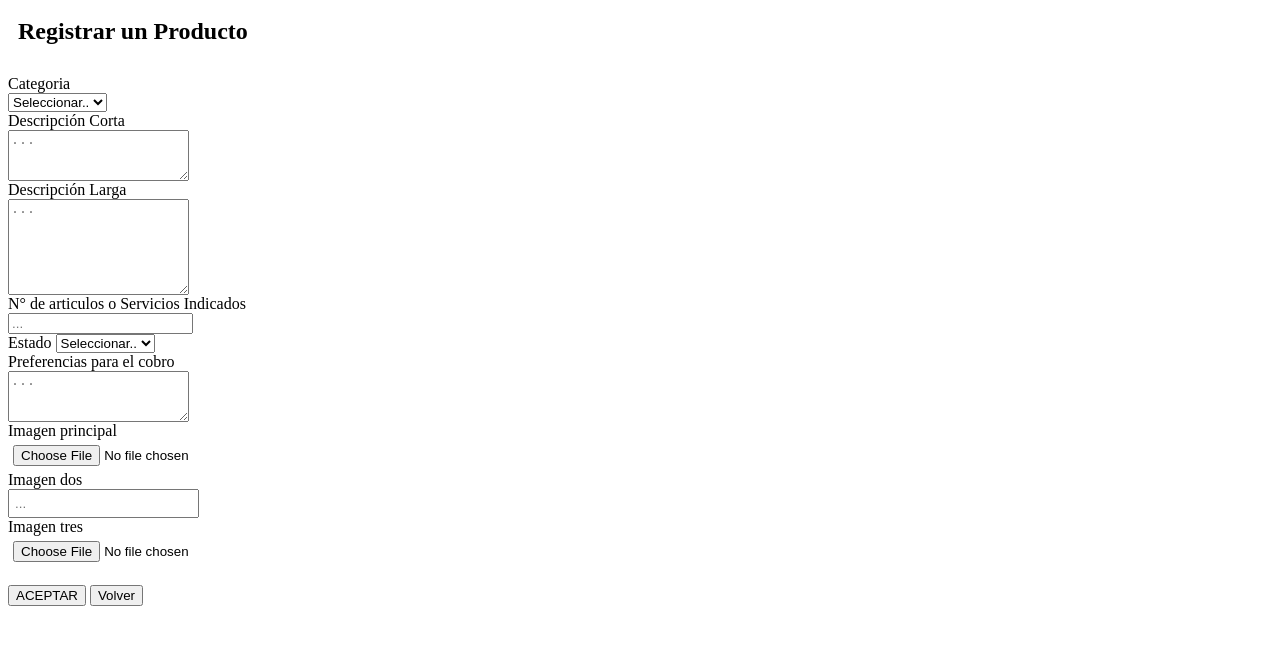
Repository: elrodriguez/trueque
Page: resources/views/livewire/product/user-product-register-form.blade.php
An editor plug-in stored every save of this project. The page is shown before and after the next save, followed by the edit.
The browser window is 1280 px wide. The pictures show the whole page.
The page is served by the project's Laravel application, run on PHP 8.4 with Laravel 8. Other server files are loaded and not shown. The template is opened directly, without the code that normally fills it, so the values that code supplies are empty.

Above is the page before, as saved 2021-04-16 11:02:14.

### routes/web.php
<?php

use App\Http\Controllers\Auth\LoginController;
use App\Http\Controllers\Auth\RegisterController;
use Illuminate\Support\Facades\Route;

/*
|--------------------------------------------------------------------------
| Web Routes
|--------------------------------------------------------------------------
|
| Here is where you can register web routes for your application. These
| routes are loaded by the RouteServiceProvider within a group which
| contains the "web" middleware group. Now create something great!
|
*/

Route::get('/', function () {
    return view('home.main');
})->name('home');


Route::post('/public/authenticate', [LoginController::class, 'authenticate'])->name('public_authenticate');
Route::post('/public/user/create', [RegisterController::class, 'register'])->name('public_user_create');


Route::middleware(['auth:sanctum', 'verified'])->get('/dashboard', function () {
    return view('dashboard');
})->name('dashboard');

Route::group(['prefix' => 'user'], function() {
    Route::middleware(['middleware' => 'role_or_permission:usuario_productos_nuevo'])->get('product', function () {
        return view('product.user-product-register');
    })->name('user_product_register');
});

### resources/views/livewire/product/user-product-register-form.blade.php
<div>
    <section class="login-registration-wrapper pt-10 pb-10">
        <div class="container">
            <div class="row justify-content-center">
                <div class="col-md-6">
                   <div class="login-registration-style-2 mt-50">
                       <h1 class="heading-4 font-weight-500 title primary-btn" style="padding: 10px;"><i class="mdi mdi-cloud-upload"></i> Registrar un Producto</h1>
                       <div class="login-registration-form pt-10">
                           <form action="#">
                                <div class="single-form form-default form-border">
                                    <label>Categoria</label>
                                    <div class="row">
                                        <div class="col-sm-12">
                                            <select class="form-select">
                                                <option class="">Seleccionar..</option>
                                                @foreach ($categories as $category)
                                                    <option value="{{ $category->id }}">{{ $category->description }}</option>
                                                @endforeach
                                            </select>
                                        </div>
                                    </div>
                                </div>
                                <div class="single-form form-default form-border">
                                    <label>Descripción Corta</label>
                                    <div class="row">
                                        <div class="col-sm-12 form-input">
                                            <textarea id="exampleFormControlTextarea1" rows="3" placeholder="..."></textarea>
                                        </div>
                                    </div>
                                </div>
                                <div class="single-form form-default form-border">
                                    <label>Descripción Larga</label>
                                    <div class="row">
                                        <div class="col-sm-12 form-input">
                                            <textarea id="exampleFormControlTextarea1" rows="6"  placeholder="..."></textarea>
                                        </div>
                                    </div>
                                </div>
                                <div class="single-form form-default form-border ">
                                    <div class="row">
                                        <div class="col-sm-6">
                                            <label>N° de articulos o Servicios Indicados</label>
                                            <div class="form-input">
                                                <input type="text" placeholder="...">
                                            </div>
                                        </div>
                                        <div class="col-sm-6">
                                            <label>Estado</label>
                                            <select class="form-select">
                                                <option>Seleccionar..</option>
                                                <option value="1">Uno</option>
                                                <option value="2">Dos</option>
                                                <option value="3">Tres</option>
                                            </select>
                                        </div>
                                    </div>
                                </div>
                                <div class="single-form form-default form-border">
                                    <label>Preferencias para el cobro</label>
                                    <div class="row">
                                        <div class="col-sm-12  form-input">
                                                <textarea id="exampleFormControlTextarea1" rows="3" placeholder="..."></textarea>
                                        </div>
                                    </div>
                                </div>
                                <div class="single-form form-default form-border ">
                                    <div class="row">
                                        <div class="col-md-4">
                                            <label>Imagen principal</label>
                                            <div class="form-input mb-2">
                                                <input style="padding: 5px;" type="file" placeholder="...">
                                                @error('photo_1') <span class="error">{{ $message }}</span> @enderror
                                            </div>
                                            @if ($photo_1)
                                                <img src="{{ $photo->temporaryUrl() }}" class="rounded mx-auto d-block">
                                            @endif
                                        </div>
                                        <div class="col-md-4">
                                            <label>Imagen dos</label>
                                            <div class="form-input mb-2">
                                                <input style="padding: 5px;" type="photo" placeholder="...">
                                                @error('photo_2') <span class="error">{{ $message }}</span> @enderror
                                            </div>
                                            @if ($photo_2)
                                                <img src="{{ $photo_2->temporaryUrl() }}" class="rounded mx-auto d-block">
                                            @endif
                                        </div>
                                        <div class="col-md-4">
                                            <label>Imagen tres</label>
                                            <div class="form-input mb-2">
                                                <input style="padding: 5px;" type="file" placeholder="...">
                                                @error('photo_3') <span class="error">{{ $message }}</span> @enderror
                                            </div>
                                            @if ($photo_3)
                                                <img src="{{ $photo_3->temporaryUrl() }}" class="rounded mx-auto d-block">
                                            @endif
                                        </div>
                                    </div>
                                </div>
                                <br/>
                                <div class="single-form">
                                    <button class="main-btn primary-btn">ACEPTAR</button>
                                    <button class="main-btn gray-btn">Volver</button>
                                </div>
                           </form>
                       </div>
                   </div>
                </div>
            </div>
        </div>
    </section>
</div>

After the next save:
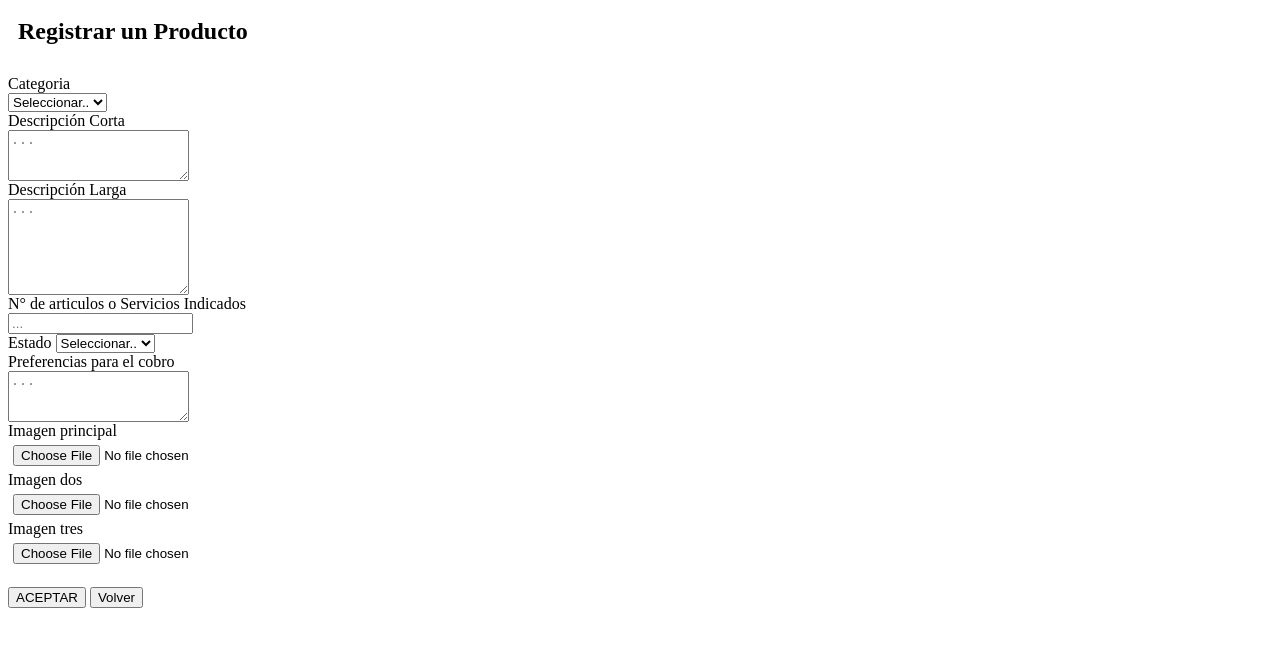
Saved 37 s later.
--- a/resources/views/livewire/product/user-product-register-form.blade.php
+++ b/resources/views/livewire/product/user-product-register-form.blade.php
@@ -68,7 +68,7 @@
                                         <div class="col-md-4">
                                             <label>Imagen principal</label>
                                             <div class="form-input mb-2">
-                                                <input style="padding: 5px;" type="file" placeholder="...">
+                                                <input style="padding: 5px;" type="file" wire:model="photo_1">
                                                 @error('photo_1') <span class="error">{{ $message }}</span> @enderror
                                             </div>
                                             @if ($photo_1)
@@ -78,7 +78,7 @@
                                         <div class="col-md-4">
                                             <label>Imagen dos</label>
                                             <div class="form-input mb-2">
-                                                <input style="padding: 5px;" type="photo" placeholder="...">
+                                                <input style="padding: 5px;" type="file" wire:model="photo_2">
                                                 @error('photo_2') <span class="error">{{ $message }}</span> @enderror
                                             </div>
                                             @if ($photo_2)
@@ -88,7 +88,7 @@
                                         <div class="col-md-4">
                                             <label>Imagen tres</label>
                                             <div class="form-input mb-2">
-                                                <input style="padding: 5px;" type="file" placeholder="...">
+                                                <input style="padding: 5px;" type="file" wire:model="photo_3">
                                                 @error('photo_3') <span class="error">{{ $message }}</span> @enderror
                                             </div>
                                             @if ($photo_3)
